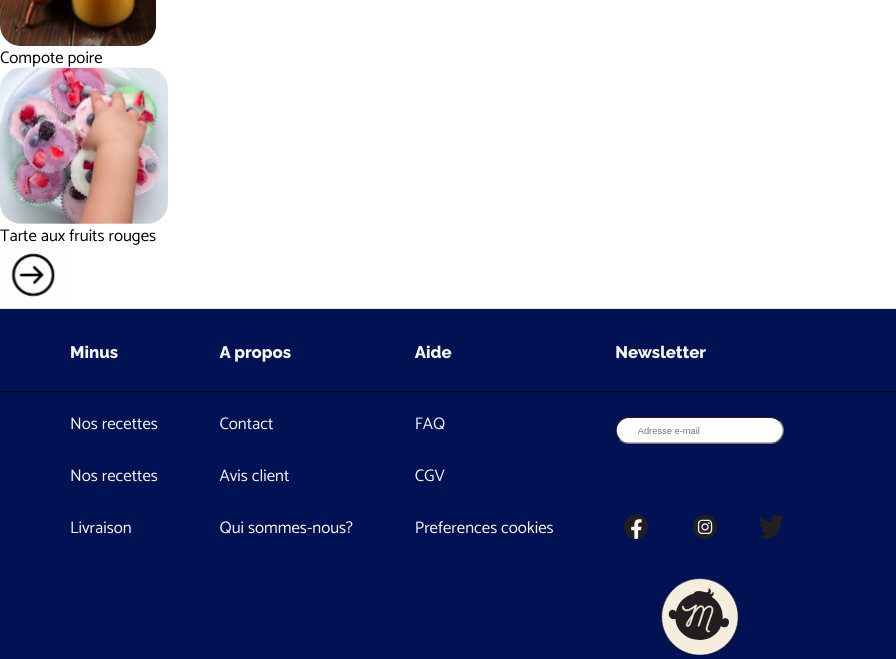
Repository: minus-team7/minus_team7
Page: minus_homepage.html
The author's editor kept a copy of each file at every save. The page is drawn from the files as they stood at one save, then again after a run of saves.
The browser window is 1280 px wide. The pictures show the part of the page from y = 2346 to 4266 px (the page is 3288 px tall before and 4266 px after), at 70% of full size.
A picture or video elsewhere on the page could not be fetched, so the positions and the page height are approximate.

Above is the page before, as saved 2023-02-12 23:53:21.

After the next 2 saves:
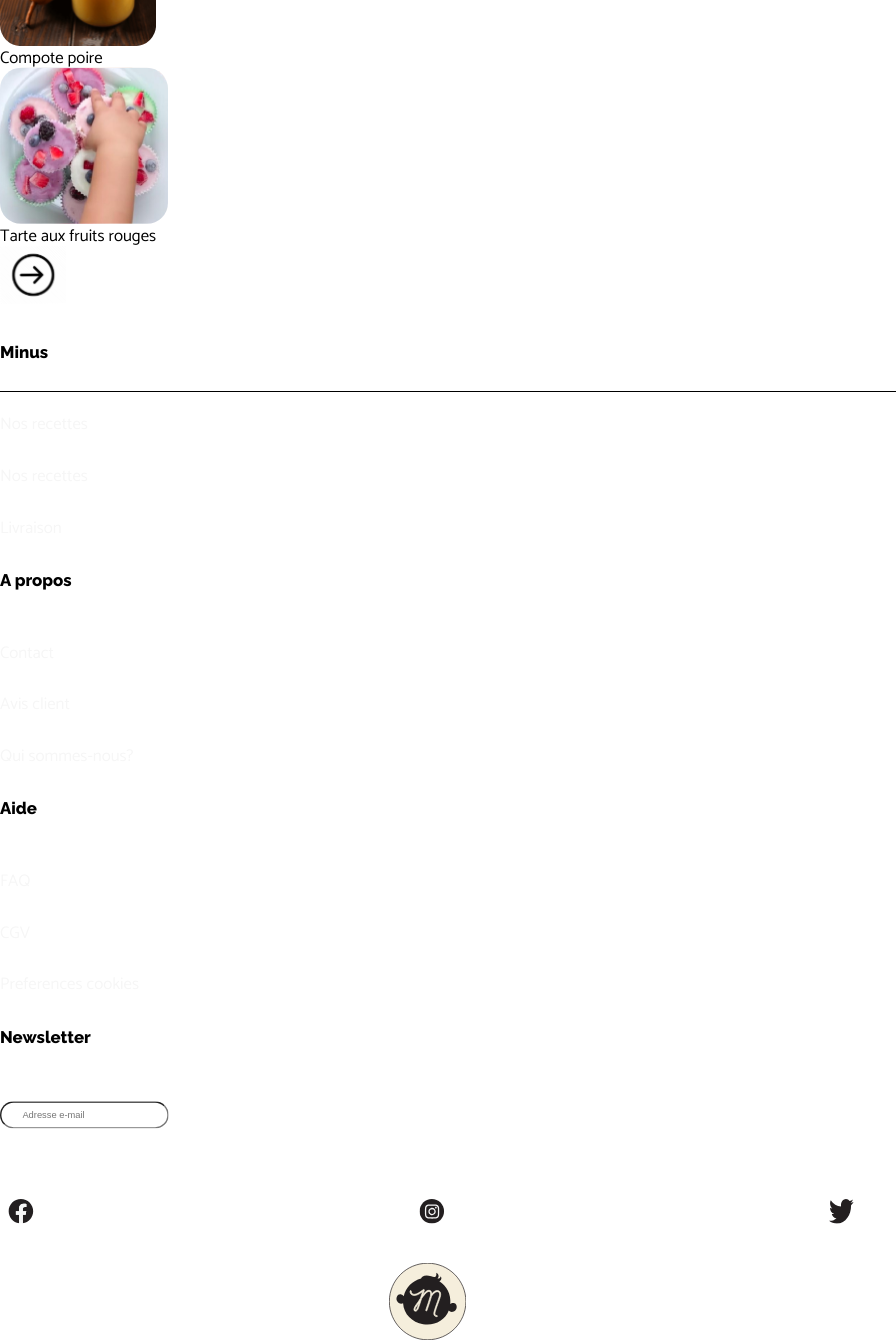
The 2 saves are shown as one change because they came seconds apart.
The last was saved 27 s later.
--- a/minus_homepage.css
+++ b/minus_homepage.css
@@ -68,6 +68,8 @@
     text-align: center;
 }
 
+.nos-dessert
+
 .footer{
 
     display: flex;

After the save that followed:
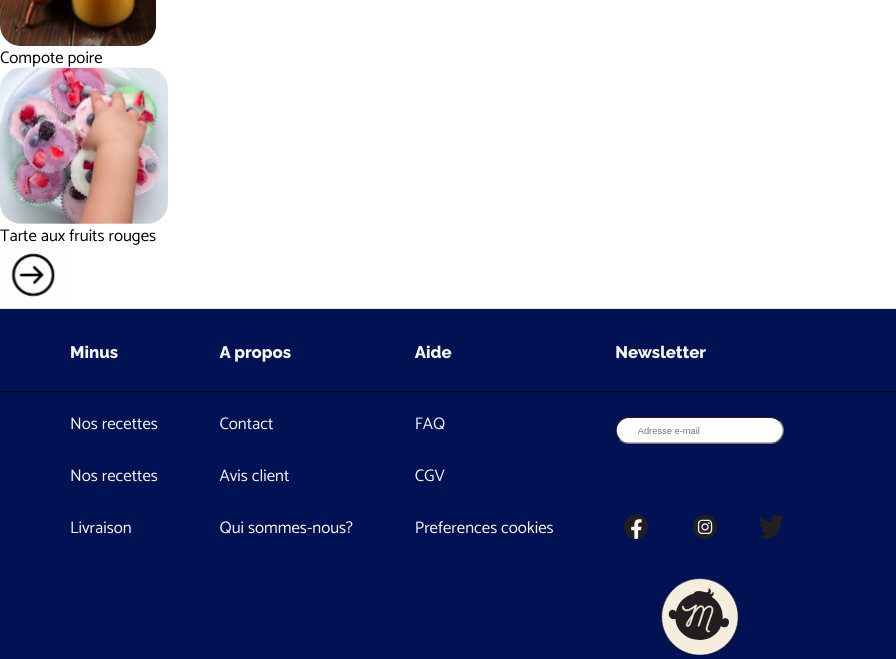
Saved 20 s later.
--- a/minus_homepage.css
+++ b/minus_homepage.css
@@ -68,7 +68,9 @@
     text-align: center;
 }
 
-.nos-dessert
+.nos-desserts{
+
+}
 
 .footer{
 
